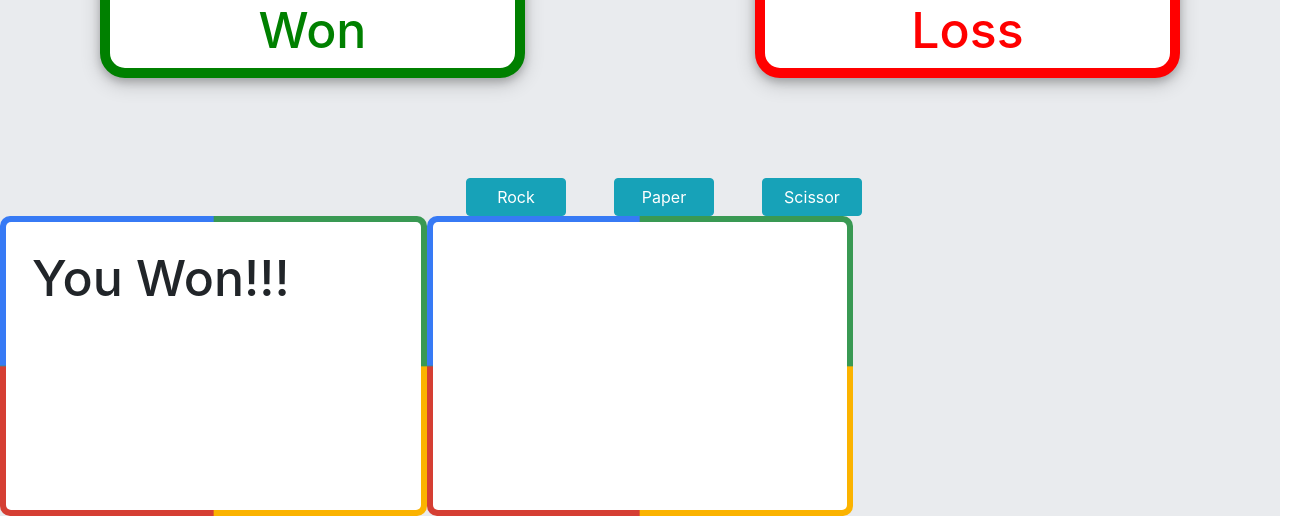
Repository: tts2610/React-Intro
Page: /
These files come from the project's save history. The page is drawn as it stood at one moment and after the next save; the edit follows.
The browser window is 1280 px wide. The page is 1295 px wide, so the pictures cover 1295 px, including what lies to the right of the window. The pictures show the part of the page from y = 428 to 944 px (the page is 944 px tall).
Some web libraries are served in a nearby version. The project was rebuilt for these pictures with package versions that can differ from the ones it lists, and the page was loaded fresh each time. Also part of the build but not shown: src/components/History.js.

Above is the page before, as saved 2020-05-26 23:09:48.

After the next save:
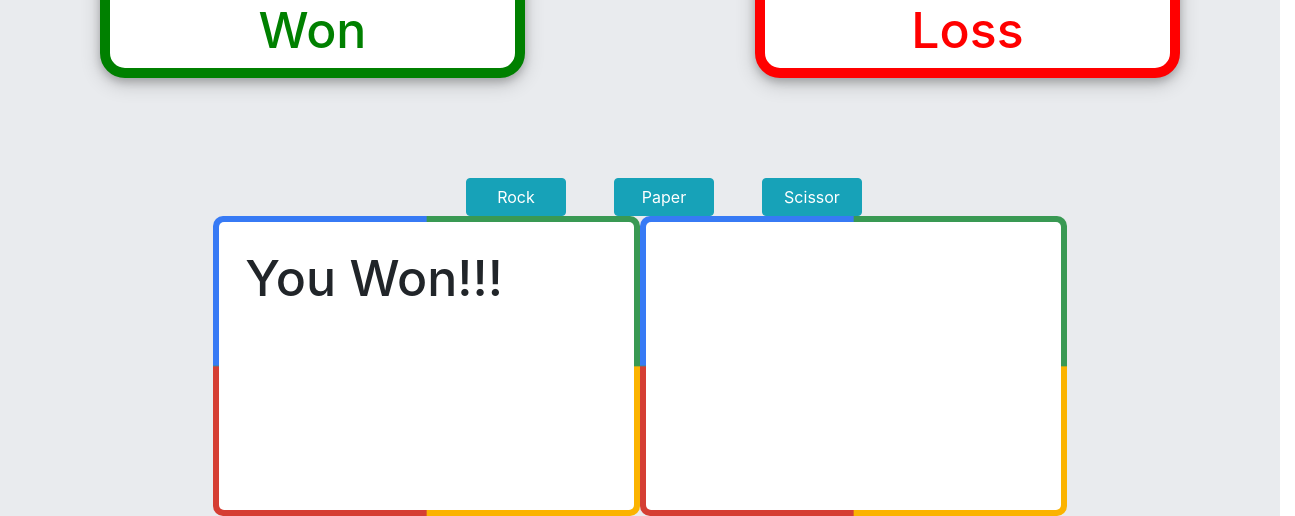
Saved 2 s later.
--- a/src/App.js
+++ b/src/App.js
@@ -72,7 +72,7 @@ export default class App extends Component{
         <Button type="paper" handleClick={this.handleClick}/>
         <Button type="scissor" handleClick={this.handleClick}/>
         </div>
-        <div className="row mx-auto">
+        <div className="row mx-auto resultContainer">
           <div className="col-md-4 rainbow">
           <Result result={[this.state.me.winner,this.state.computer.winner]}/>
           </div>
